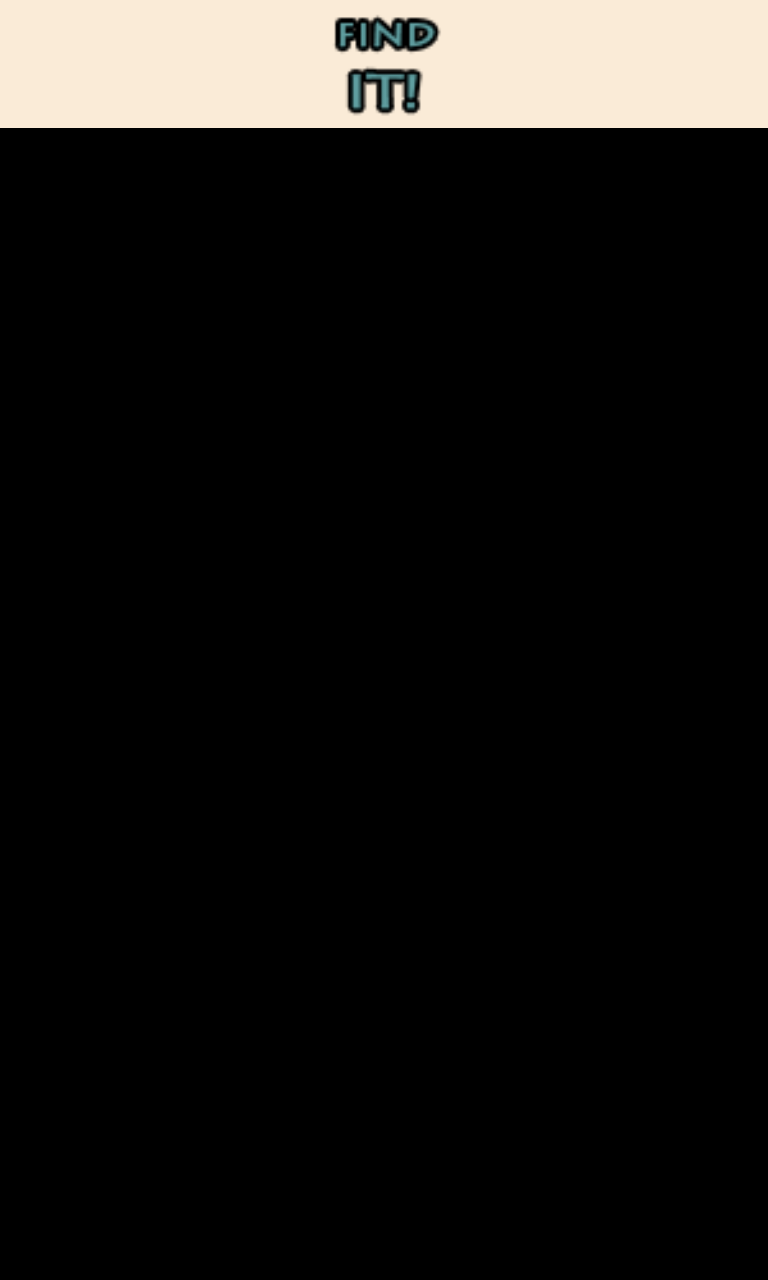
Repository: anlaji/find_it_androidapp
Layout: Hot&Cold/Hot_Cold/res/layout/dialog_picture.xml
The author's editor kept a copy of each file at every save. The layout is drawn from the files as they stood at one save, then again after the next save.
It is drawn on a 768 x 1280 px phone screen (xhdpi) without system bars, with theme AppTheme; the app's code is not run.

Above is the layout before, as saved 2014-06-18 19:01:14.

### Hot&Cold/Hot_Cold/res/layout/dialog_picture.xml
<?xml version="1.0" encoding="UTF-8"?>
<LinearLayout xmlns:android="http://schemas.android.com/apk/res/android"
    android:layout_width="wrap_content"
    android:layout_height="wrap_content"
    android:background="@color/Black"
    android:orientation="vertical" >

    <ImageView
        android:layout_width="match_parent"
        android:layout_height="64dp"
        android:background="@color/AntiqueWhite"
        android:contentDescription="@string/app_name"
        android:scaleType="fitCenter"
        android:src="@drawable/button" />

</LinearLayout>

### Hot&Cold/Hot_Cold/res/values/styles.xml
<resources>

    <!--
        Base application theme, dependent on API level. This theme is replaced
        by AppBaseTheme from res/values-vXX/styles.xml on newer devices.
    -->
    <style name="AppBaseTheme" parent="Theme.AppCompat.Light">
        <!--
            Theme customizations available in newer API levels can go in
            res/values-vXX/styles.xml, while customizations related to
            backward-compatibility can go here.
        -->
    </style>

    <!-- Application theme. -->
    <style name="AppTheme" parent="AppBaseTheme">
        <!-- All customizations that are NOT specific to a particular API-level can go here. -->
    </style>
    <style name="NormalText">
<item name="android:textSize">12sp</item>
<item name="android:textColor">#111</item>
</style>
<style name="SmallText" parent="NormalText">
<item name="android:textSize">8sp</item>
</style>

</resources>

### Hot&Cold/Hot_Cold/res/values/colors.xml
<?xml version="1.0" encoding="UTF-8"?>
<resources>

<color name="White">#FFFFFF</color>
 <color name="Ivory">#FFFFF0</color>
 <color name="LightYellow">#FFFFE0</color>
 <color name="Yellow">#FFFF00</color>
 <color name="Snow">#FFFAFA</color>
 <color name="FloralWhite">#FFFAF0</color>
 <color name="LemonChiffon">#FFFACD</color>
 <color name="Cornsilk">#FFF8DC</color>
 <color name="Seashell">#FFF5EE</color>
 <color name="LavenderBlush">#FFF0F5</color>
 <color name="PapayaWhip">#FFEFD5</color>
 <color name="BlanchedAlmond">#FFEBCD</color>
 <color name="MistyRose">#FFE4E1</color>
 <color name="Bisque">#FFE4C4</color>
 <color name="Moccasin">#FFE4B5</color>
 <color name="NavajoWhite">#FFDEAD</color>
 <color name="PeachPuff">#FFDAB9</color>
 <color name="Gold">#FFD700</color>
 <color name="Pink">#FFC0CB</color>
 <color name="LightPink">#FFB6C1</color>
 <color name="Orange">#FFA500</color>
 <color name="LightSalmon">#FFA07A</color>
 <color name="DarkOrange">#FF8C00</color>
 <color name="Coral">#FF7F50</color>
 <color name="HotPink">#FF69B4</color>
 <color name="Tomato">#FF6347</color>
 <color name="OrangeRed">#FF4500</color>
 <color name="DeepPink">#FF1493</color>
 <color name="Fuchsia">#FF00FF</color>
 <color name="Magenta">#FF00FF</color>
 <color name="Red">#FF0000</color>
 <color name="OldLace">#FDF5E6</color>
 <color name="LightGoldenrodYellow">#FAFAD2</color>
 <color name="Linen">#FAF0E6</color>
 <color name="AntiqueWhite">#FAEBD7</color>
 <color name="Salmon">#FA8072</color>
 <color name="GhostWhite">#F8F8FF</color>
 <color name="MintCream">#F5FFFA</color>
 <color name="WhiteSmoke">#F5F5F5</color>
 <color name="Beige">#F5F5DC</color>
 <color name="Wheat">#F5DEB3</color>
 <color name="SandyBrown">#F4A460</color>
 <color name="Azure">#F0FFFF</color>
 <color name="Honeydew">#F0FFF0</color>
 <color name="AliceBlue">#F0F8FF</color>
 <color name="Khaki">#F0E68C</color>
 <color name="LightCoral">#F08080</color>
 <color name="PaleGoldenrod">#EEE8AA</color>
 <color name="Violet">#EE82EE</color>
 <color name="DarkSalmon">#E9967A</color>
 <color name="Lavender">#E6E6FA</color>
 <color name="LightCyan">#E0FFFF</color>
 <color name="BurlyWood">#DEB887</color>
 <color name="Plum">#DDA0DD</color>
 <color name="Gainsboro">#DCDCDC</color>
 <color name="Crimson">#DC143C</color>
 <color name="PaleVioletRed">#DB7093</color>
 <color name="Goldenrod">#DAA520</color>
 <color name="Orchid">#DA70D6</color>
 <color name="Thistle">#D8BFD8</color>
 <color name="LightGrey">#D3D3D3</color>
 <color name="Tan">#D2B48C</color>
 <color name="Chocolate">#D2691E</color>
 <color name="Peru">#CD853F</color>
 <color name="IndianRed">#CD5C5C</color>
 <color name="MediumVioletRed">#C71585</color>
 <color name="Silver">#C0C0C0</color>
 <color name="DarkKhaki">#BDB76B</color>
 <color name="RosyBrown">#BC8F8F</color>
 <color name="MediumOrchid">#BA55D3</color>
 <color name="DarkGoldenrod">#B8860B</color>
 <color name="FireBrick">#B22222</color>
 <color name="PowderBlue">#B0E0E6</color>
 <color name="LightSteelBlue">#B0C4DE</color>
 <color name="PaleTurquoise">#AFEEEE</color>
 <color name="GreenYellow">#ADFF2F</color>
 <color name="LightBlue">#ADD8E6</color>
 <color name="DarkGray">#A9A9A9</color>
 <color name="Brown">#A52A2A</color>
 <color name="Sienna">#A0522D</color>
 <color name="YellowGreen">#9ACD32</color>
 <color name="DarkOrchid">#9932CC</color>
 <color name="PaleGreen">#98FB98</color>
 <color name="DarkViolet">#9400D3</color>
 <color name="MediumPurple">#9370DB</color>
 <color name="LightGreen">#90EE90</color>
 <color name="DarkSeaGreen">#8FBC8F</color>
 <color name="SaddleBrown">#8B4513</color>
 <color name="DarkMagenta">#8B008B</color>
 <color name="DarkRed">#8B0000</color>
 <color name="BlueViolet">#8A2BE2</color>
 <color name="LightSkyBlue">#87CEFA</color>
 <color name="SkyBlue">#87CEEB</color>
 <color name="Gray">#808080</color>
 <color name="Olive">#808000</color>
 <color name="Purple">#800080</color>
 <color name="Maroon">#800000</color>
 <color name="Aquamarine">#7FFFD4</color>
 <color name="Chartreuse">#7FFF00</color>
 <color name="LawnGreen">#7CFC00</color>
 <color name="MediumSlateBlue">#7B68EE</color>
 <color name="LightSlateGray">#778899</color>
 <color name="SlateGray">#708090</color>
 <color name="OliveDrab">#6B8E23</color>
 <color name="SlateBlue">#6A5ACD</color>
 <color name="DimGray">#696969</color>
 <color name="MediumAquamarine">#66CDAA</color>
 <color name="CornflowerBlue">#6495ED</color>
 <color name="CadetBlue">#5F9EA0</color>
 <color name="DarkOliveGreen">#556B2F</color>
 <color name="Indigo">#4B0082</color>
 <color name="MediumTurquoise">#48D1CC</color>
 <color name="DarkSlateBlue">#483D8B</color>
 <color name="SteelBlue">#4682B4</color>
 <color name="RoyalBlue">#4169E1</color>
 <color name="Turquoise">#40E0D0</color>
 <color name="MediumSeaGreen">#3CB371</color>
 <color name="LimeGreen">#32CD32</color>
 <color name="DarkSlateGray">#2F4F4F</color>
 <color name="SeaGreen">#2E8B57</color>
 <color name="ForestGreen">#228B22</color>
 <color name="LightSeaGreen">#20B2AA</color>
 <color name="DodgerBlue">#1E90FF</color>
 <color name="MidnightBlue">#191970</color>
 <color name="Aqua">#00FFFF</color>
 <color name="Cyan">#00FFFF</color>
 <color name="SpringGreen">#00FF7F</color>
 <color name="Lime">#00FF00</color>
 <color name="MediumSpringGreen">#00FA9A</color>
 <color name="DarkTurquoise">#00CED1</color>
 <color name="DeepSkyBlue">#00BFFF</color>
 <color name="DarkCyan">#008B8B</color>
 <color name="Teal">#008080</color>
 <color name="Green">#008000</color>
 <color name="DarkGreen">#006400</color>
 <color name="Blue">#0000FF</color>
 <color name="MediumBlue">#0000CD</color>
 <color name="DarkBlue">#00008B</color>
 <color name="Navy">#000080</color>
 <color name="Black">#000000</color>

</resources>

### Hot&Cold/Hot_Cold/res/values/strings.xml
<?xml version="1.0" encoding="utf-8"?>
<resources>

    <string name="app_name">FindIt</string>
    <string name="login">Login</string>
    <string name="hello_world"><b>Introduce the name of this game:</b></string>
    <string name="action_settings">Settings</string>
    <string name="username">Username</string>
    <string name="password">Password</string>
    <string name="enter">Enter</string>
    <string name="log_into_the_game">Log into the game</string>
    <string name="hintnumber">#</string>
    <string name="bold_message"><b>Bold</b></string>
    <string name="italics_message"><i>Italics</i></string>
    <string name="underline_message"><u>Here your determinated coordinates will be shown</u></string>
    <string name="save">Save</string>
    <string name="video">Video</string>
    <string name="text"><b>Text</b>Text</string>
    <string name="picture">Picture</string>
    <string name="import_"><b>Import</b></string>
    <string name="fix"><b>Fix coordinates</b></string>
    <string name="title_activity_create__game">Create_Game</string>
    <string name="game_name">game name</string>
    <string name="dialog_message">What do you want to do?</string>
    <string name="dialog_title">Choose:</string>
    <string name="title_activity_audio">Audio</string>
    <string name="title_activity_picture">Picture</string>
    <string name="title_activity_video">Video</string>
    <string name="title_activity_text">Text</string>
    <string name="cancel">Cancel</string>
    <string name="Save_Picture">Save Picture</string>
    <string name="Take_Picture">Take Picture</string>
    <string name="login_image">Login</string>
    <string name="record">Press to record you sound</string>
    <string name="record_play">Press to play your record</string>
    <string name="record_stop">Press to stop your record</string>
    <string name="record_text">Record your audio</string>
    <string name="audio">Audio</string>
    <string name="choose_game">Choose your game!</string>
    <string name="game_master">Game master:</string>
    <string name="request">Request Hint!</string>
    <string name="create_game">Create</string>
    <string name="new_hint">New Hint</string>
    <string name="create_player">Create new player</string>
    <string name="latitude">Enter latitude</string>
    <string name="longitude">Enter longitude</string>
    <string name="coord">Your coordinates</string>
    <string name="Create_Game">Create your game</string>
    <string name="Create_Hint">Create a new hint</string>
    <string name="audio_recorder">Audio Media Player</string>
    <string name="game">List of games</string>
    <string name="create_user">Create user</string>
    <string name="playing_game">Find it!</string>
    <string name="empty"></string>
    <string name="getcoor">Use GPS</string>

</resources>

Loaded but not shown: Hot&Cold/Hot_Cold/res/values-v11/styles.xml (common file); Hot&Cold/Hot_Cold/res/values-v14/styles.xml (common file)

After the next save:
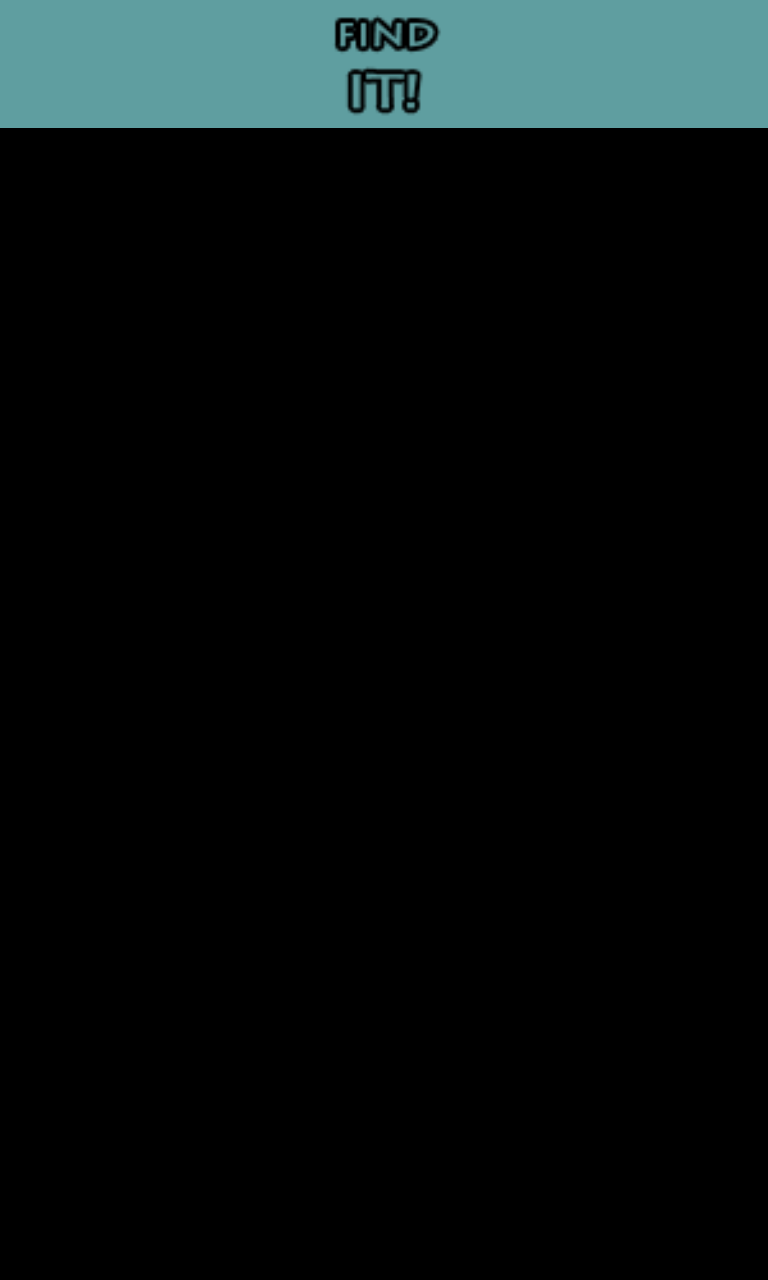
Saved 117 s later.
--- a/Hot&Cold/Hot_Cold/res/layout/dialog_picture.xml
+++ b/Hot&Cold/Hot_Cold/res/layout/dialog_picture.xml
@@ -8,7 +8,7 @@
     <ImageView
         android:layout_width="match_parent"
         android:layout_height="64dp"
-        android:background="@color/AntiqueWhite"
+        android:background="@color/CadetBlue"
         android:contentDescription="@string/app_name"
         android:scaleType="fitCenter"
         android:src="@drawable/button" />
